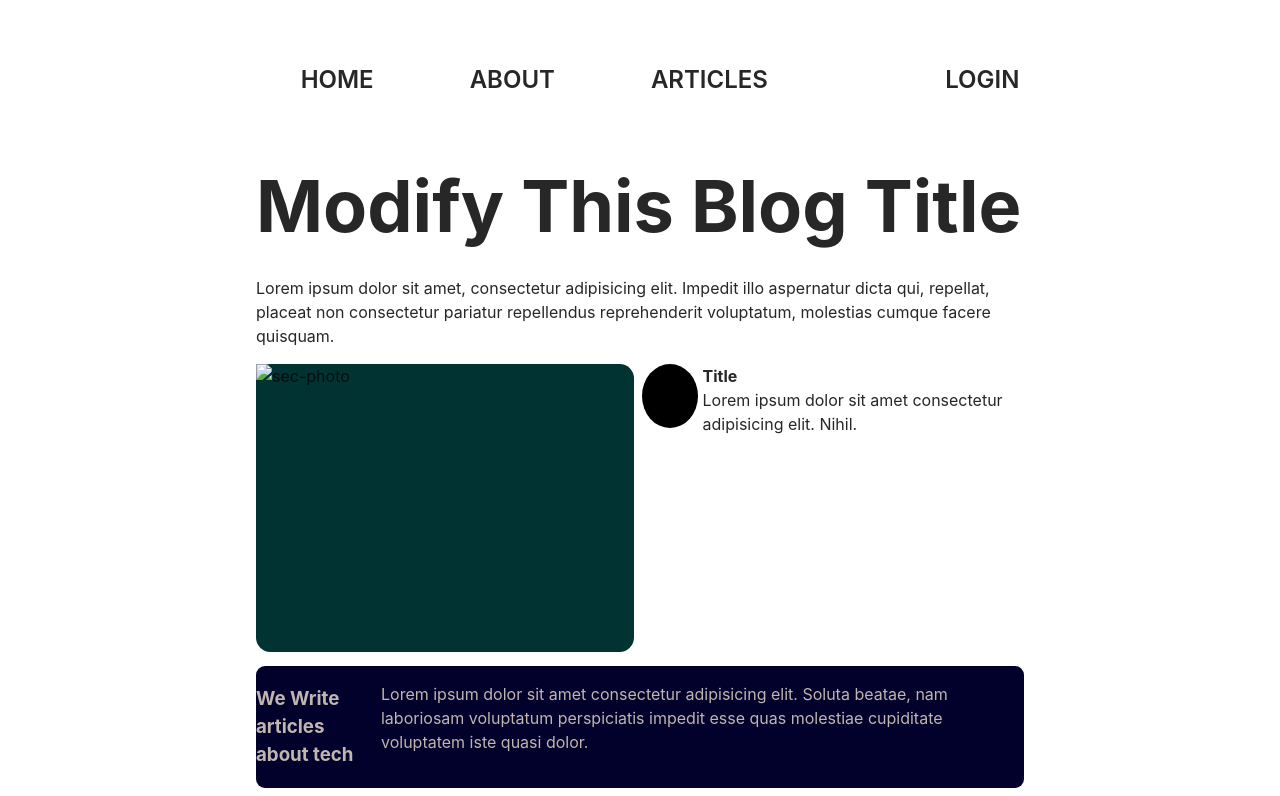
Repository: ValGrace/-static-site
Page: /home (app in client/)
These files come from the project's save history. The page is drawn as it stood at one moment and after the next save; the edit follows.
The browser window is 1280 px wide. The pictures show the whole page.
The project was rebuilt for these pictures with package versions that can differ from the ones it lists, and the page was loaded fresh each time. Also part of the build but not shown: client/vite.config.js, client/src/Utils/appwrite.js, client/src/Components/Inputs.css, client/src/Components/Login.jsx, client/src/Components/Signup.jsx.

Above is the page before, as saved 2023-02-05 12:23:42.

After the next save:
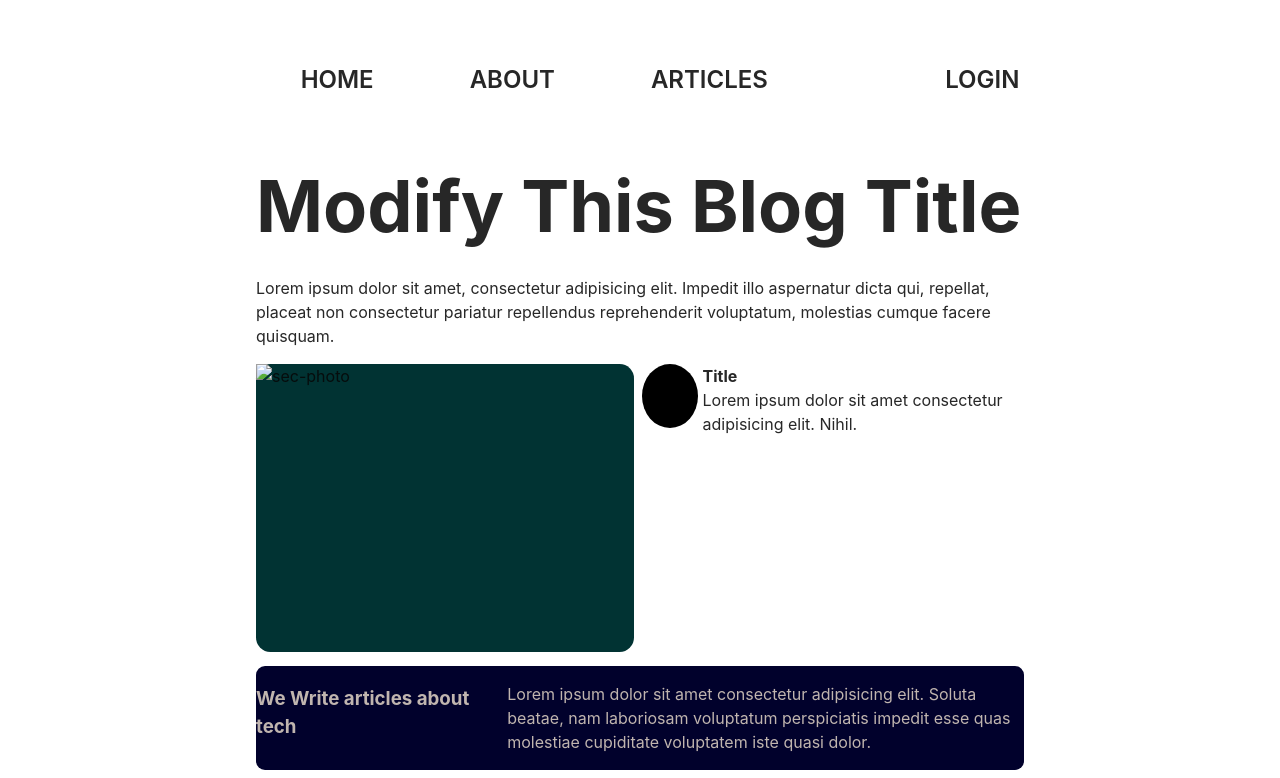
Saved 62 s later.
--- a/client/src/Components/Navbar.css
+++ b/client/src/Components/Navbar.css
@@ -71,8 +71,8 @@ nav > ul{
     margin-top: 0.9rem;
     display: flex;
 }
-.site-descr > h3 {
-    flex-grow: 1;
+.site-descr > p {
+    width: 70%;
 }
 .site-sep {
     width: 0.2rem;
